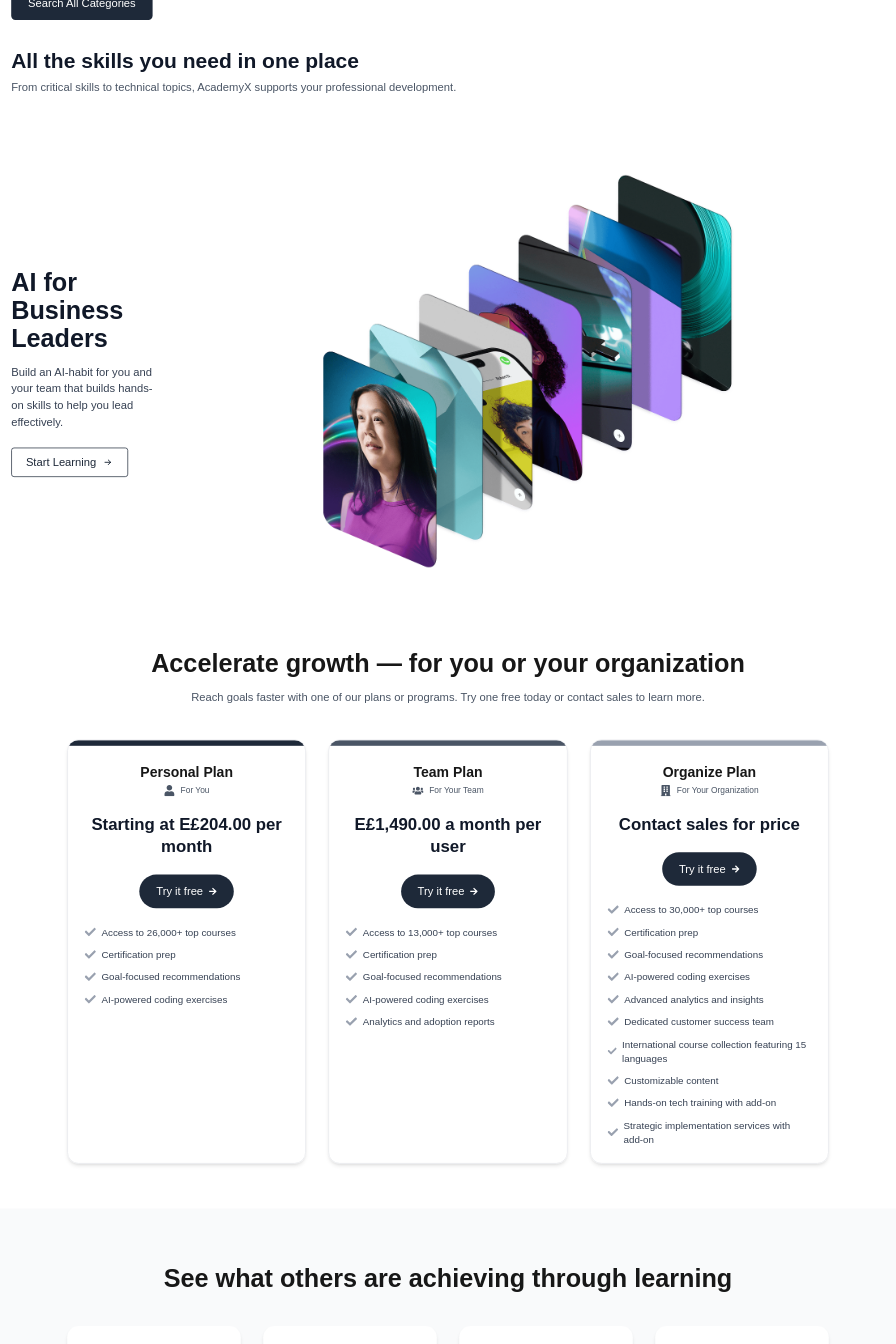
Repository: MohamedSalah54/full-stack-e-learning
Page: / (app in frontend/)
The author's editor kept a copy of each file at every save. The page is drawn from the files as they stood at one save, then again after a run of saves.
The browser window is 1280 px wide. The pictures show the part of the page from y = 1229 to 3149 px (the page is 3471 px tall), at 70% of full size.
The project was rebuilt for these pictures with package versions that can differ from the ones it lists, and the page was loaded fresh each time. The framework's server and built-in components were replaced by stand-ins that run in the browser. Also part of the build but not shown: frontend/next.config.ts.

Above is the page before, as saved 2025-06-16 14:59:55.

After the next 3 saves:
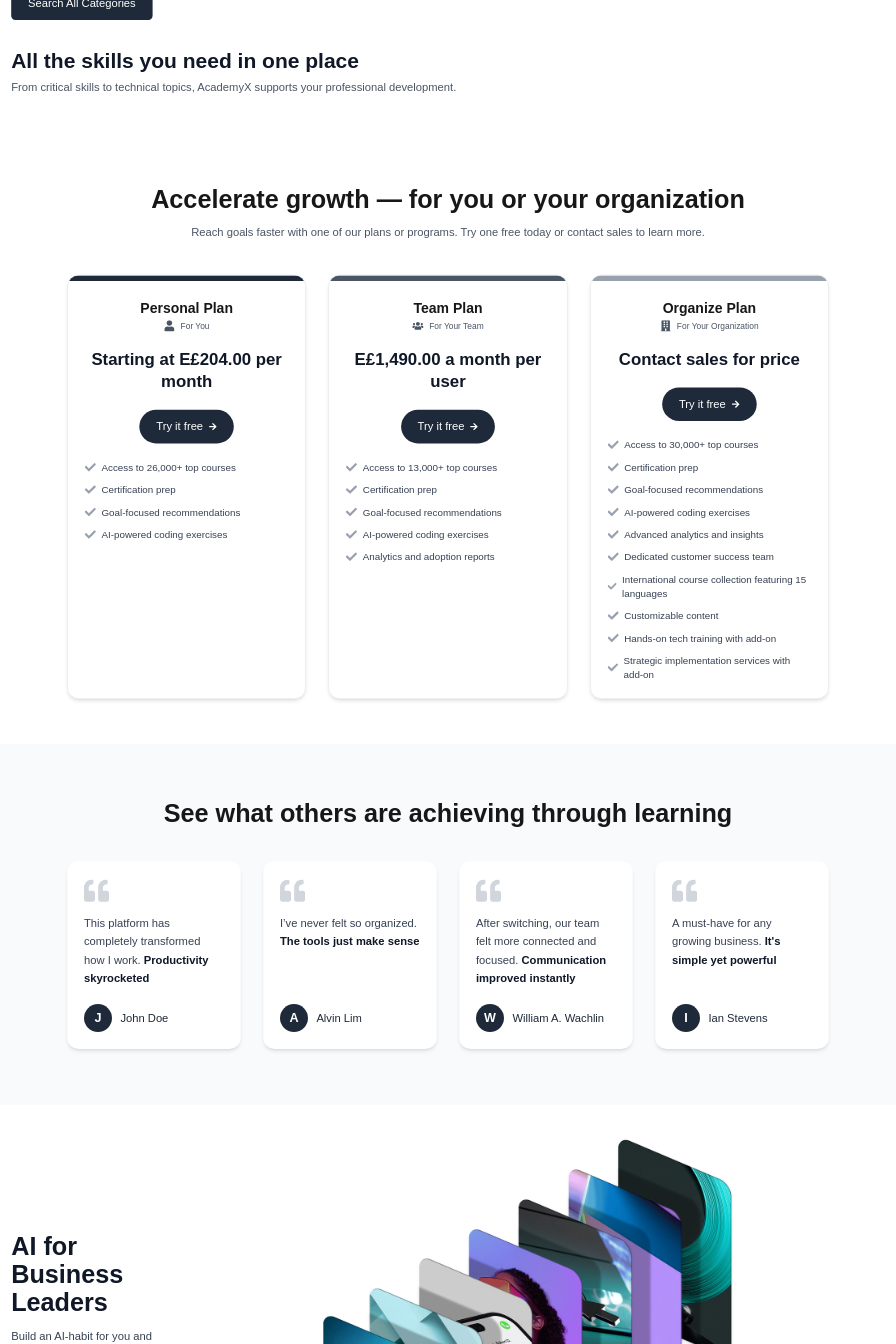
The 3 saves are shown as one change because they came seconds apart.
The last was saved 33 s later.
--- a/frontend/src/app/page.tsx
+++ b/frontend/src/app/page.tsx
@@ -7,11 +7,12 @@
 const Home = () => {
   return (
     <main className="flex flex-col items-center justify-center">
-        <HeroBannerSlider/>
-        <HeroCategories/>
-        <HeroBannerFixed/>
-        <HeroPlans/>
-        <HeroTestimonials/>
+      <HeroBannerSlider />
+      <HeroCategories />
+      <HeroPlans />
+      <HeroTestimonials />
+      <HeroBannerFixed />
+
     </main>
   )
 }
